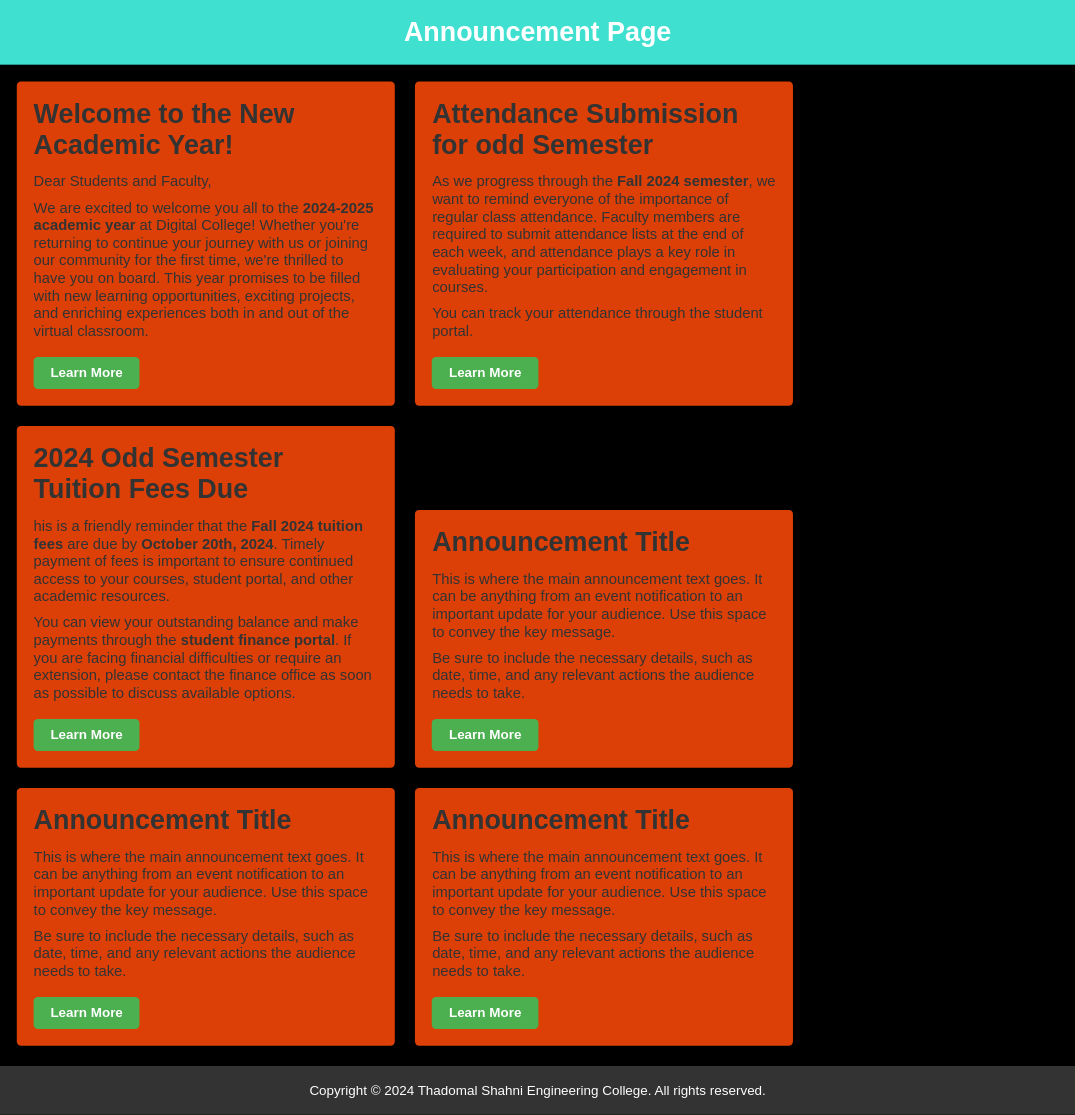
Repository: TejasS1233/MINITHON-hackathon-project
Page: annoucementpage.html
The author's editor kept a copy of each file at every save. The page is drawn from the files as they stood at one save, then again after the next save.
The browser window is 1280 px wide. The pictures show the whole page, at 84% of full size.

Above is the page before, as saved 2024-09-20 09:44:06.

### annoucementpage.html
<!DOCTYPE html>
<html lang="en">
<head>
    <meta charset="UTF-8">
    <meta name="viewport" content="width=device-width, initial-scale=1.0">
    <meta http-equiv="X-UA-Compatible" content="ie=edge">
    <title>Announcement Page</title>
    <link rel="stylesheet" href="styles.css">
</head>
<body>

    <div class = "announcement-heading">
        <h1>Announcement Page</h1>
    </div>

    <div class="announcement-grid">
    <div class="announcement">
        <h2>Welcome to the New Academic Year!</h2>
        <p>
            Dear Students and Faculty,
        </p>
        <p>
            We are excited to welcome you all to the <strong>2024-2025 academic year</strong> at Digital College!
        Whether you're returning to continue your journey with us or joining our community for the first time,
        we're thrilled to have you on board. This year promises to be filled with new learning opportunities,
        exciting projects, and enriching experiences both in and out of the virtual classroom.
        </p>
        <a href="#" class="cta-button">Learn More</a>
    </div>
    <div class="announcement">
        <h2>Attendance Submission for odd Semester</h2>
        <p>
            As we progress through the <strong>Fall 2024 semester</strong>, we want to remind everyone of the importance of
            regular class attendance. Faculty members are required to submit attendance lists at the end of each week,
            and attendance plays a key role in evaluating your participation and engagement in courses.
        </p>
        <p>
            You can track your attendance through the student portal.
        </p>
        <a href="#" class="cta-button">Learn More</a>
    </div>
    <div class="announcement">
        <h2>2024 Odd Semester Tuition Fees Due</h2>
        <p>
            his is a friendly reminder that the <strong>Fall 2024 tuition fees</strong> are due by <strong>October 20th, 2024</strong>.
            Timely payment of fees is important to ensure continued access to your courses, student portal, and other academic resources.
        </p>
        <p>
            You can view your outstanding balance and make payments through the <strong>student finance portal</strong>.
        If you are facing financial difficulties or require an extension, please contact the finance office as soon as possible
        to discuss available options.
        </p>
        <a href="#" class="cta-button">Learn More</a>
    </div>
    <div class="announcement">
        <h2>Announcement Title</h2>
        <p>
            This is where the main announcement text goes. It can be anything from an event notification to
            an important update for your audience. Use this space to convey the key message.
        </p>
        <p>
            Be sure to include the necessary details, such as date, time, and any relevant actions the
            audience needs to take.
        </p>
        <a href="#" class="cta-button">Learn More</a>
    </div>
    <div class="announcement">
        <h2>Announcement Title</h2>
        <p>
            This is where the main announcement text goes. It can be anything from an event notification to
            an important update for your audience. Use this space to convey the key message.
        </p>
        <p>
            Be sure to include the necessary details, such as date, time, and any relevant actions the
            audience needs to take.
        </p>
        <a href="#" class="cta-button">Learn More</a>
    </div>
    <div class="announcement">
        <h2>Announcement Title</h2>
        <p>
            This is where the main announcement text goes. It can be anything from an event notification to
            an important update for your audience. Use this space to convey the key message.
        </p>
        <p>
            Be sure to include the necessary details, such as date, time, and any relevant actions the
            audience needs to take.
        </p>
        <a href="#" class="cta-button">Learn More</a>
    </div>
</div>

    <footer>
        <p> Copyright &copy; 2024 Thadomal Shahni Engineering College. All rights reserved.</p>
    </footer>
</body>
</html>

### styles.css
* {
    margin: 0;
    padding: 0;
    box-sizing: border-box;
}

body {
    font-family: 'Arial', sans-serif;
    background-color: black;
    color: #333;
}


.announcement-heading {
    background-color: turquoise;
    color: white;
    padding: 20px 0;
    text-align: center;
    margin-bottom: 20px;
}

.class announcement-grid
{
    display: grid;
    grid-template-columns: repeat(auto-fit, minmax(450px, 1fr));
    gap: 20px;
    padding: 20px;
    margin-bottom: 20px;
    position: absolute;
}

.announcement {
    background-color: rgb(220, 64, 7);
    padding: 20px;
    border-radius: 5px;
    box-shadow: 0 2px 10px rgba(0, 0, 0, 0.5);
    margin-bottom: 20px;
    margin-left: 20px;
    max-width: 450px;
    display: inline-block;
    position: relative;
    overflow: hidden;
}

.announcement h2 {
    font-size: 2em;
    margin-bottom: 15px;
}

.announcement p {
    margin-bottom: 10px;
    font-size: 1.1em;
}

.cta-button {
    display: inline-block;
    background-color: #4CAF50;
    color: white;
    padding: 10px 20px;
    text-decoration: none;
    border-radius: 5px;
    margin-top: 10px;
    font-weight: bold;
    transition: background-color 1s;
}

.cta-button:hover {
    background-color: #45a049;
    cursor: pointer;
}


footer {
    text-align: center;
    padding: 20px 0;
    background-color: #333;
    color: white;
    position: relative;
    width: 100%;
    bottom: 0;
}

After the next save:
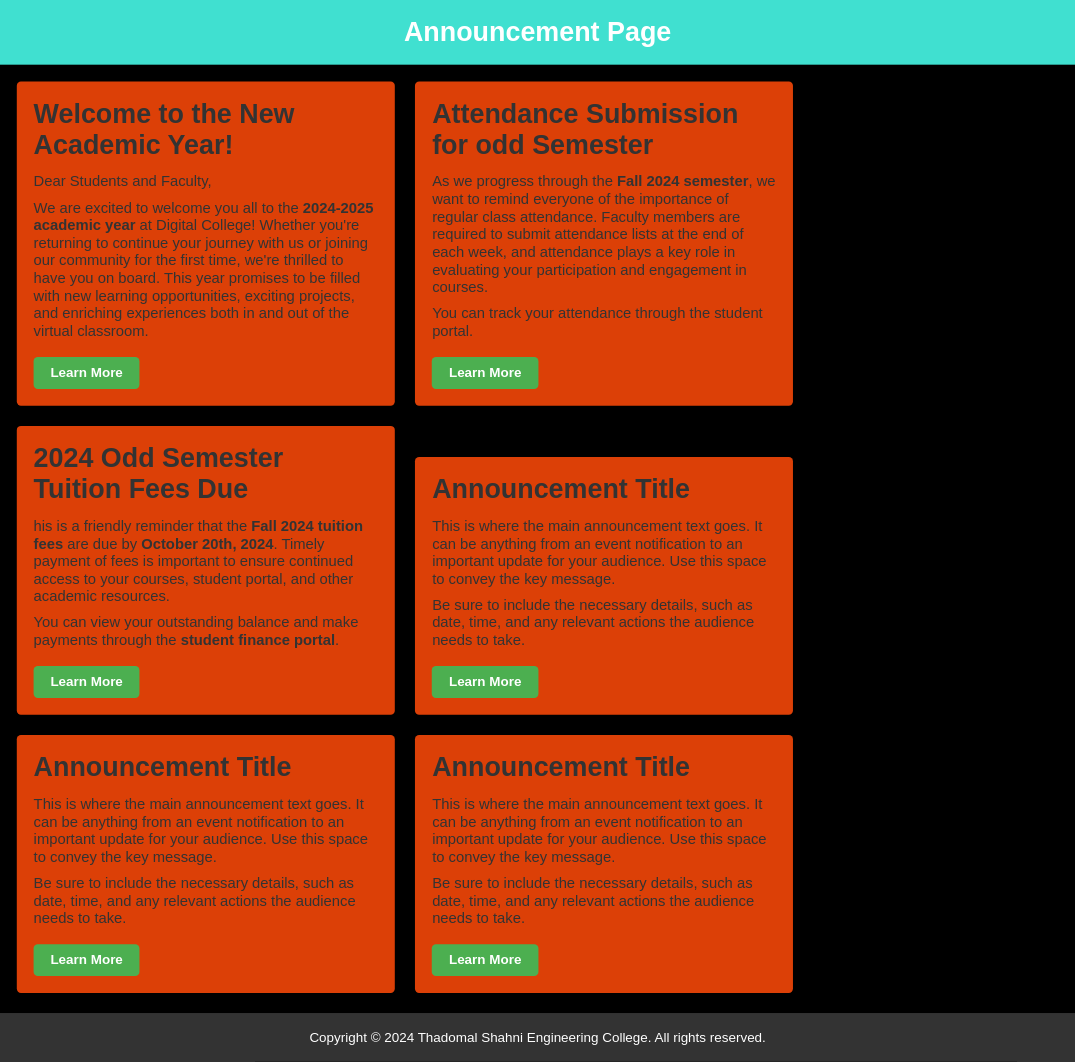
Saved 4 s later.
--- a/annoucementpage.html
+++ b/annoucementpage.html
@@ -47,8 +47,6 @@
         </p>
         <p>
             You can view your outstanding balance and make payments through the <strong>student finance portal</strong>.
-        If you are facing financial difficulties or require an extension, please contact the finance office as soon as possible
-        to discuss available options.
         </p>
         <a href="#" class="cta-button">Learn More</a>
     </div>
